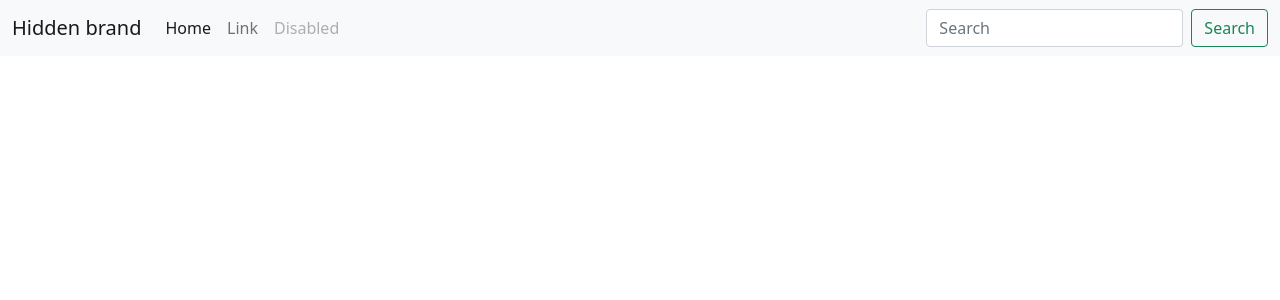
Repository: manhpdph15069/JV4_QLBanHang
Page: http://localhost/DemoSlide5/view/layout.jsp
The author's editor kept a copy of each file at every save. The page is drawn from the files as they stood at one save, then again after the next save.
The browser window is 1280 px wide. The pictures show the whole page.
The page is served by Tomcat 9.

Above is the page before, as saved 2021-12-29 03:56:07.

After the next save:
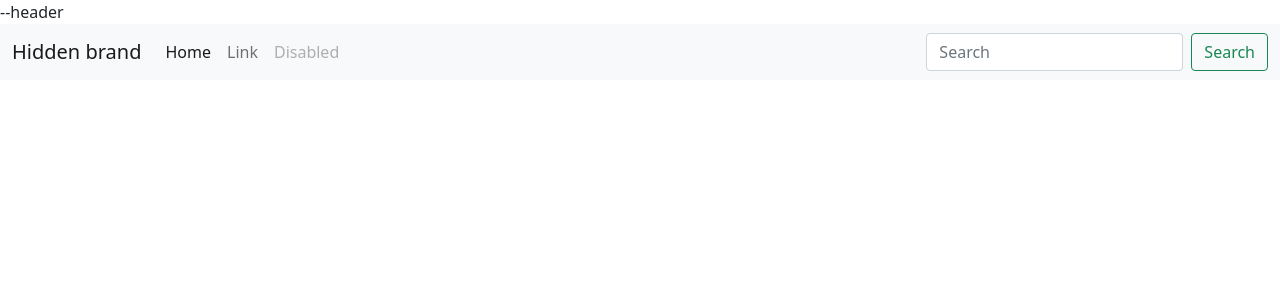
Saved 52 s later.
--- a/Project/DemoSlide5/src/main/webapp/view/layout.jsp
+++ b/Project/DemoSlide5/src/main/webapp/view/layout.jsp
@@ -15,6 +15,7 @@
 
 </head>
 <body>
+	--header
 	<div>
 		<nav class="navbar navbar-expand-lg navbar-light bg-light">
 			<div class="container-fluid">

After the save that followed:
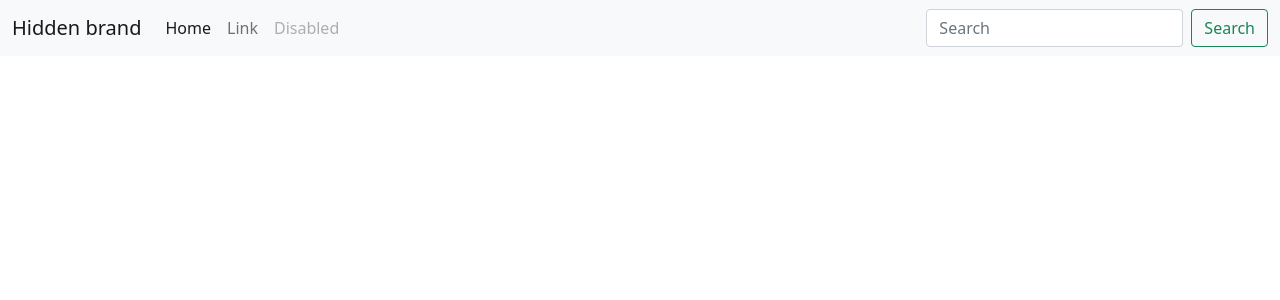
Saved 47 s later.
--- a/Project/DemoSlide5/src/main/webapp/view/layout.jsp
+++ b/Project/DemoSlide5/src/main/webapp/view/layout.jsp
@@ -15,7 +15,7 @@
 
 </head>
 <body>
-	--header
+
 	<div>
 		<nav class="navbar navbar-expand-lg navbar-light bg-light">
 			<div class="container-fluid">
